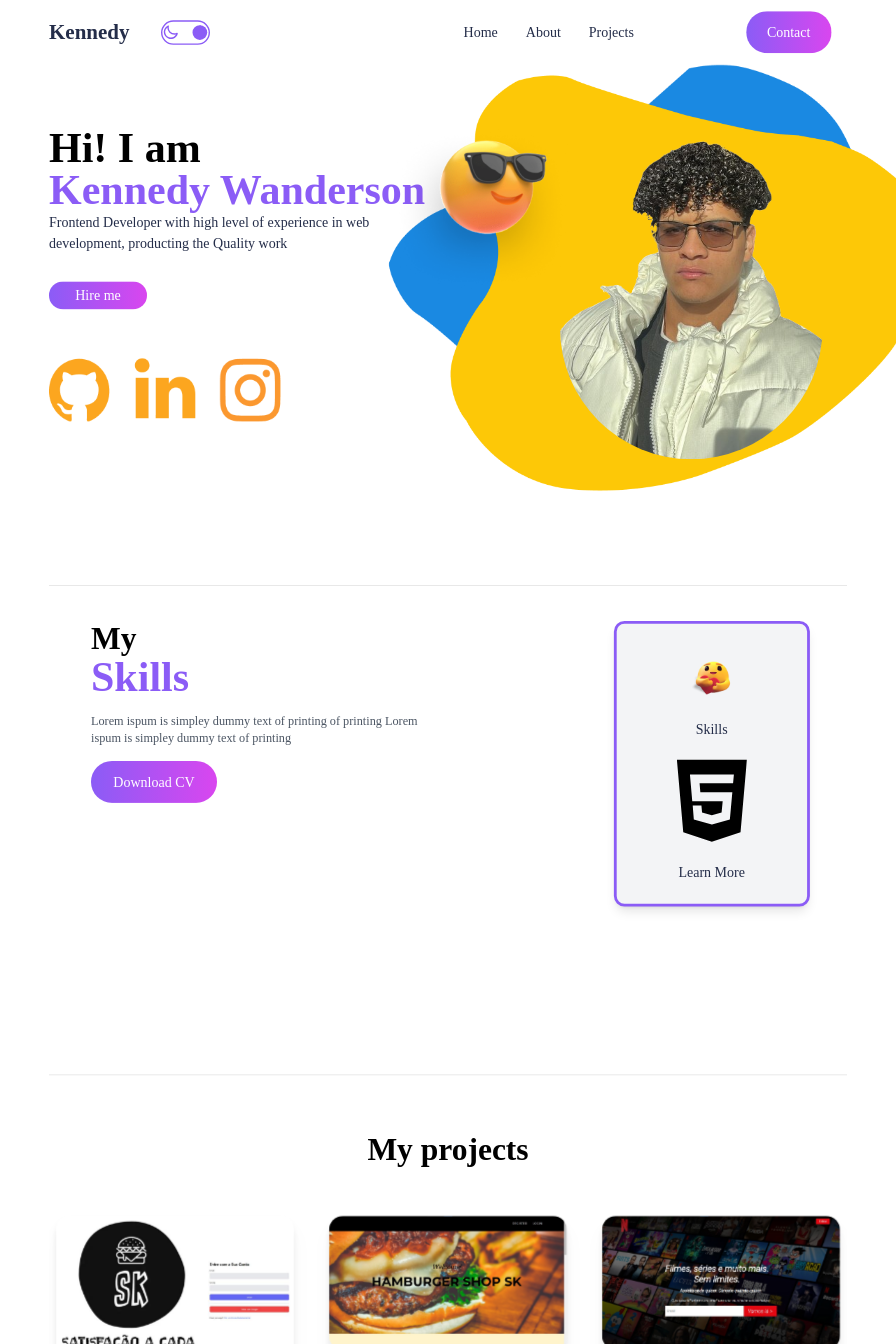
Repository: KennedyWanderson/portfolio
Page: /
The author's editor kept a copy of each file at every save. The page is drawn from the files as they stood at one save, then again after a run of saves.
The browser window is 1280 px wide. The pictures show the part of the page from y = 0 to 1920 px (the page is 3240 px tall), at 70% of full size.
Some web fonts or font styles are not loaded; a fallback is used. The project was rebuilt for these pictures with package versions that can differ from the ones it lists, and the page was loaded fresh each time. Imported but missing from the stored project, and not drawn on this page: src/Components/Services/Kennedy_CV.pdf.

Above is the page before, as saved 2024-01-26 12:15:21.

After the next 2 saves:
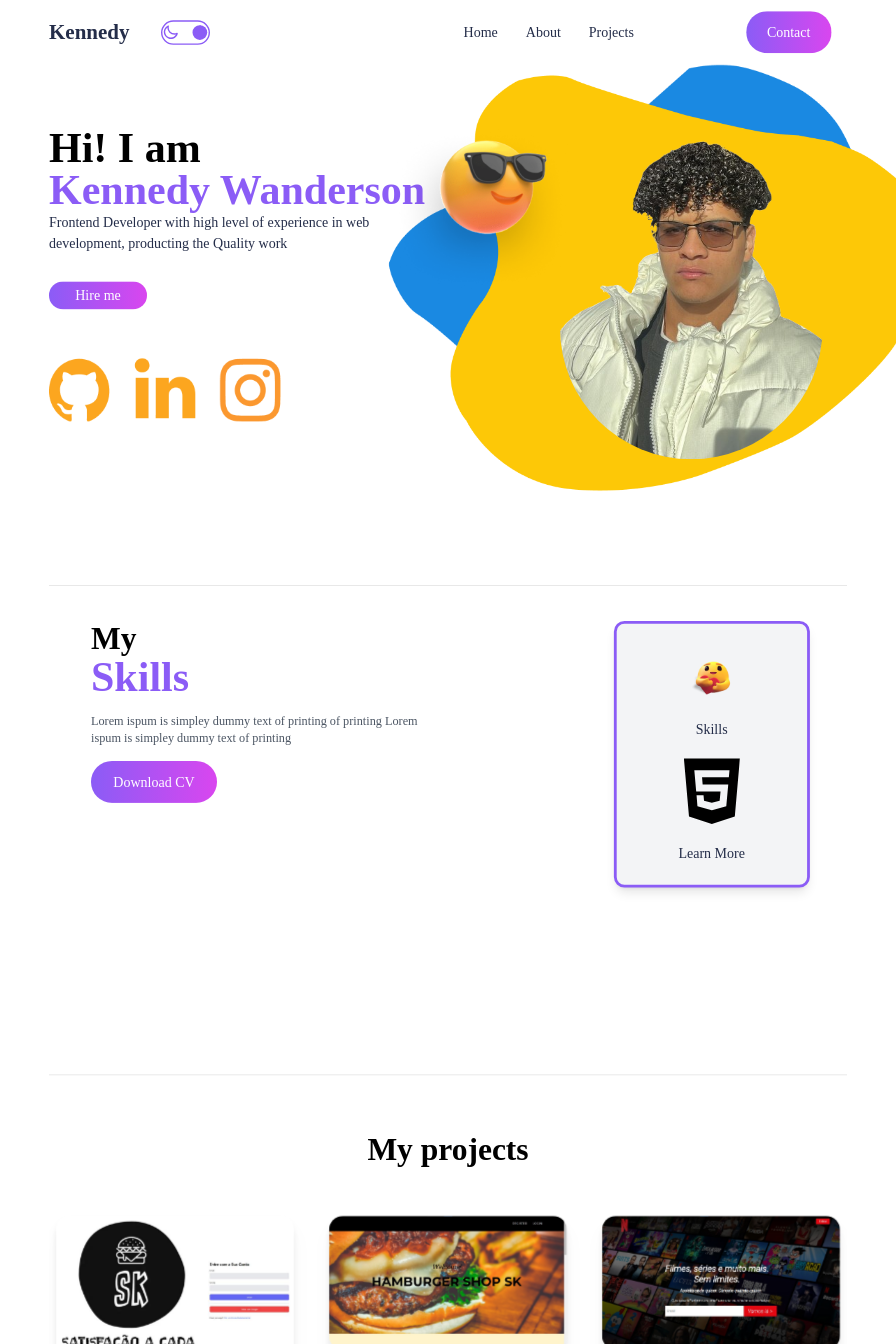
The 2 saves are shown as one change because they came seconds apart.
The last was saved 9 s later.
--- a/src/Components/Card/Card.jsx
+++ b/src/Components/Card/Card.jsx
@@ -7,7 +7,7 @@ const Card = ({emoji, heading, detail}) =>{
         rounded-xl border-4 border-violet-500 shadow-lg pt-0 pr-7 pb-6 pl-7">
             <img className="scale-50 mb-[-2rem]" src={emoji} alt="" />
             <span>{heading}</span>
-            <img className="flex text-gray-500 text-base w-20" src={detail} alt='' />
+            <img className="flex text-gray-500 text-base w-16" src={detail} alt='' />
             <button>Learn More</button>
         </div>
     )
